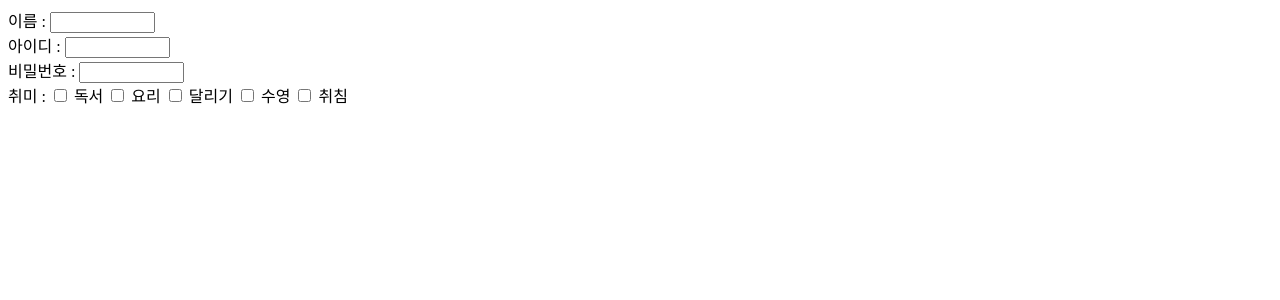
Repository: kimhun456/JSPLearn
Page: HelloWorld/WebContent/form.html
The author's editor kept a copy of each file at every save. The page is drawn from the files as they stood at one save, then again after the next save.
The browser window is 1280 px wide. The pictures show the whole page.

Above is the page before, as saved 2015-06-27 12:54:53.

After the next save:
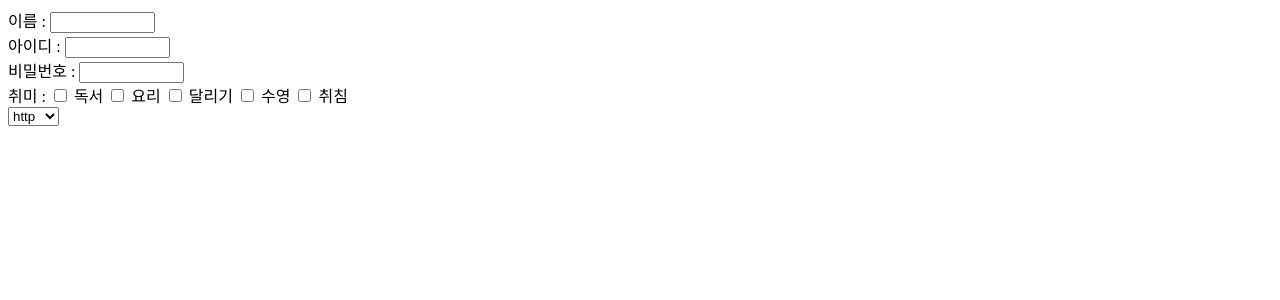
Saved 60 s later.
--- a/HelloWorld/WebContent/form.html
+++ b/HelloWorld/WebContent/form.html
@@ -16,6 +16,14 @@
 		<input type="checkbox" name="hobby" value="swim" > 수영
 		<input type="checkbox" name="hobby" value="sleep" > 취침  <br />
 
+		<select name = "protocol">
+			<option value="http"> http</option>
+			<option value="http"> ftp</option>
+			<option value="http"> smtp</option>
+			<option value="http"> pop</option>
+			<option value="http"> http</option>
+
+		</select>
 
 	</form>
 
